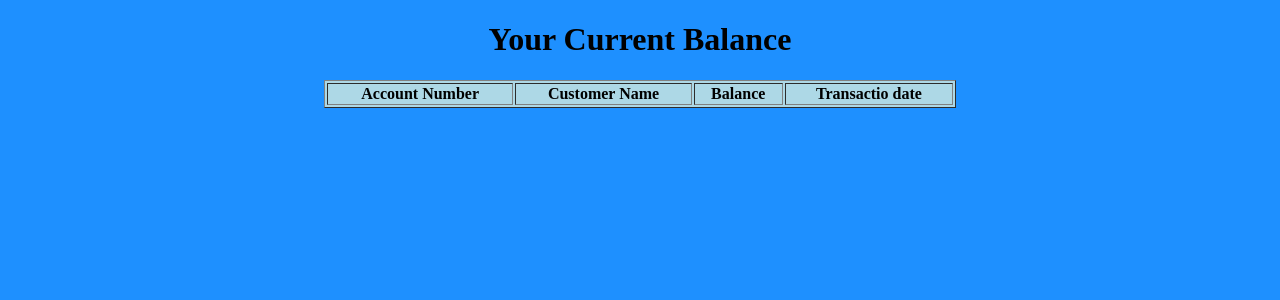
Repository: rukmini10/DXC
Page: http://localhost/Account/check_balance.jsp
The author's editor kept a copy of each file at every save. The page is drawn from the files as they stood at one save, then again after the next save.
The browser window is 1280 px wide. The pictures show the whole page.
The page is served by Tomcat 9. Nobody is signed in. The application's start-up code is not run. Queries for data that is not in the repository find no rows.

Above is the page before, as saved 2022-05-07 18:41:11.

After the next save:
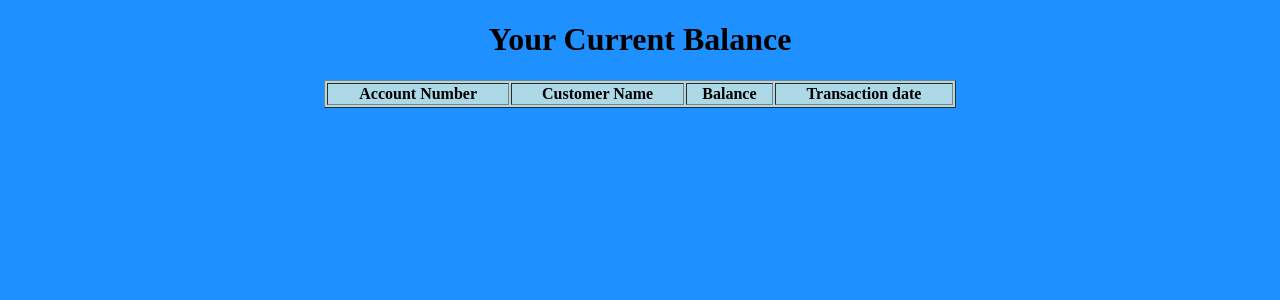
Saved 83 s later.
--- a/DXC_MAVEN/Account/src/main/webapp/check_balance.jsp
+++ b/DXC_MAVEN/Account/src/main/webapp/check_balance.jsp
@@ -17,7 +17,7 @@
             Statement st=conn.createStatement();
             ResultSet rs=st.executeQuery("select * from tr where ano='"+an+"'");
             out.println("<table border='1' width='50%' bgcolor='lightblue' align='center'>");
-out.println("<tr><th>Account Number</th><th>Customer Name</th><th>Balance</th><th>Transactio date</th></tr>");
+out.println("<tr><th>Account Number</th><th>Customer Name</th><th>Balance</th><th>Transaction date</th></tr>");
 while(rs.next())
  out.println("<tr align='center'><td>"+rs.getString(1)+"</td><td>"+rs.getString(2)+"</td><td>"+rs.getString(3)+"</td><td>"+rs.getString(4)+"</td></tr>");
 out.println("</table>");
